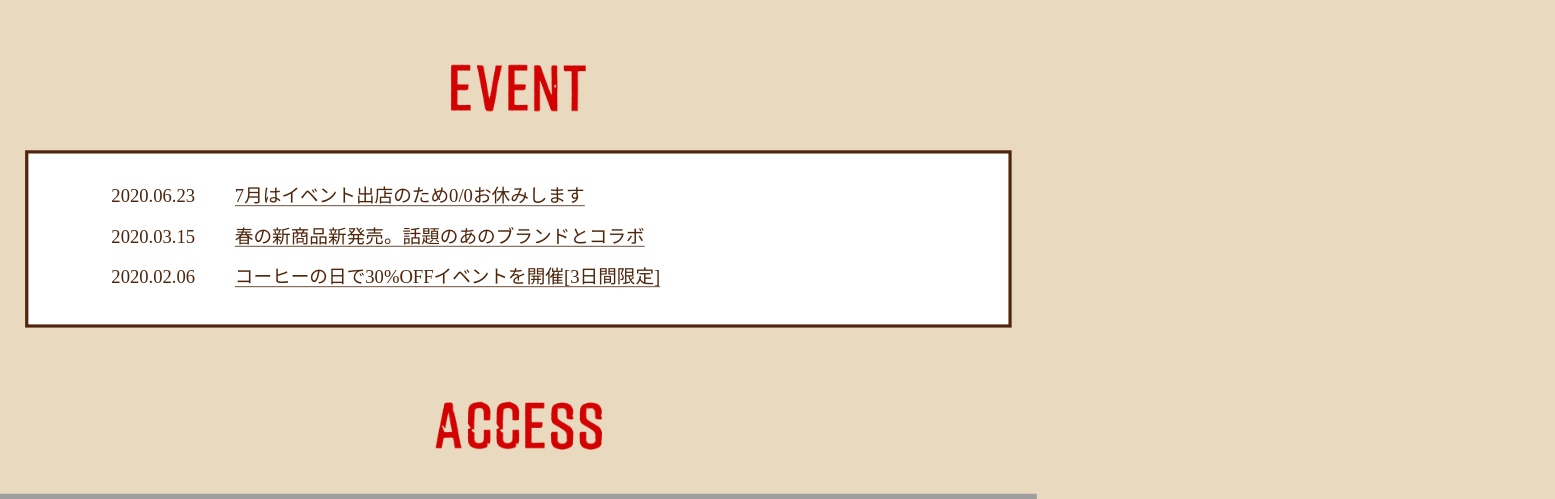
Repository: sonoyama01/dezasuta
Page: 第4回課題/index.html
These files come from the project's save history. The page is drawn as it stood at one moment and after the next save; the edit follows.
The browser window is 1280 px wide. The page is 1920 px wide, so the pictures cover 1920 px, including what lies to the right of the window. The pictures show the part of the page from y = 2640 to 3256 px (the page is 3890 px tall before and 3887 px after), at 81% of full size.
Pictures or frames that could not be fetched are drawn as grey boxes.

Above is the page before, as saved 2024-05-11 22:17:00.

### 第4回課題/index.html
<!DOCTYPE html>
<html lang="ja">

<head>
    <meta charset="UTF-8">
    <meta name="viewport" content="width=device-width, initial-scale=1.0">
    <title>Desing Cafe</title>
    <link rel="stylesheet" href="./css/style.css">
</head>

<body>
    <!-- ヘッダー -->
    <header>
        <div class="header_slide">
            <div class="mv">
                <img src="./images/pc_first-100.jpg" alt="店内の様子">
            </div>
        </div>
        <div class="header_wrap">
            <h1 class="header_logo">
                <img src="./images/design_cafe_logo_header@2x.png" alt="desind cafe">
            </h1>
            <nav class="pc_nav">
                <ul>
                    <li><a href="#about_us">ABOUT US</a></li>
                    <li><a href="#menu">MENU</a></li>
                    <li><a href="#gallery">GALLERY</a></li>
                    <li><a href="#event">EVENT</a></li>
                    <li><a href="#">ACCESS</a></li>
                </ul>
            </nav>
        </div>
    </header>
    <div class="catch_copy">
        <p class="catch_copy_ja"><span class="en">Have a happy day From a cup of coffee.</span><br>
            ハッピーに溢れる1日を<br>
            1杯のコーヒーから。</p><!-- /.catch_copy -->
        <p class="catch_copy_text">毎日を丁寧に大切に過ごしたい。だからこそ一杯一杯丁寧にコーヒーを入れ<br>
            足を運んでくれるお客さんには落ち着く空間とこだわりのコーヒーを提供したい。</p>
    </div><!-- /.catch_copy -->

    <!-- ABOUT US -->
    <section id="about_us">
        <div class="wrap">
            <div class="about_us">
                <div class="about_us_im"><img src="./images/pc_about-100.jpg" alt="about us"></div>
                <div class="about_us_text">
                    <h2><img src="./images/about_us@2x.png" alt=""></h2>
                    <p class="about_us_concept">私たちが提供する<br>
                        こだわりのコーヒー</p><!-- /.about_us_concept -->
                    <p class="about_us_texts">
                        サービスを提供する上での想いや心がけていることなど、
                        メッセージを文章で紹介します。サービスを提供する上での
                        想いや心がけていることなど、メッセージを文章で紹介します。
                        サービスを提供する上での想いや心がけていることなど、
                        メッセージを文章で紹介します。
                        サービスを提供する上での想いや心がけていることなど、
                        メッセージを文章で紹介します。
                        サービスを提供する上での想いや心がけていることなど、
                        メッセージを文章で紹介します。
                    </p><!-- /.about_us_text -->
                </div>

            </div><!-- /.about_us -->
        </div><!-- /.wrap -->
    </section><!-- /#about_us -->

    <!-- MENU -->
    <section id="menu">
        <div class="wrap">
            <h2><img src="./images/menu@2x.png" alt="menu"></h2>
            <div class="menu">
                <div class="menu_item">
                    <img src="./images/pc_menu_drink-100.jpg" alt="drink">
                    <h3>drink</h3>
                    <p class="menu_tx">ドリンクメニューの概要を100文字程度で紹介します。
                        素材やこだわりなどをアピールしていきます。</p><!-- /.menu_tx -->
                </div><!-- /.menu_item -->
                <div class="menu_item">
                    <img src="./images/pc_menu_food-100.jpg" alt="food">
                    <h3>food</h3>
                    <p class="menu_tx">フードメニューの概要を100文字程度で紹介します。
                        素材やこだわりなどをアピールしていきます。</p><!-- /.menu_tx -->
                </div><!-- /.menu_item -->
                <div class="menu_item">
                    <img src="./images/pc_menu_sweets-100.jpg" alt="sweet">
                    <h3>sweet</h3>
                    <p class="menu_tx">スイーツメニューの概要を100文字程度で紹介します。
                        素材やこだわりなどをアピールしていきます。</p><!-- /.sweet -->
                </div><!-- /.menu_item -->
            </div><!-- /.menu_fx -->
        </div><!-- /.wrap -->
    </section><!-- /#menu -->

    <!-- GALLERY -->
    <section id="gallery">
        <h2><img src="./images/gallery@2x.png" alt="gallery"></h2>
        <div class="gallery">
            <img src="./images/pc_gallary_01-100.jpg" alt="">
            <img src="./images/pc_gallary_02-100.jpg" alt="">
            <img src="./images/pc_gallary_03-100.jpg" alt="">
            <img src="./images/pc_gallary_04-100.jpg" alt="">
            <img src="./images/pc_gallary_05-100.jpg" alt="">
        </div><!-- /.gallery -->
    </section><!-- /#gallery -->

    <!-- EVENT -->
    <section id="event">
        <h2><img src="./images/event@2x.png" alt="event"></h2>
        <div class="event">
            <dl>
                <div class="event_item">
                    <dt><time datetime="2020-06-23">2020.06.23</time></dt>
                    <dd>7月はイベント出店のため0/0お休みします</dd>
                </div>
                <div class="event_item">
                    <dt><time datetime="2020-03-15">2020.03.15</time></dt>
                    <dd>春の新商品新発売。話題のあのブランドとコラボ</dd>
                </div>
                <div class="event_item">
                    <dt><time datetime="2020-02-06">2020.02.06</time></dt>
                    <dd>コーヒーの日で30&percnt;OFFイベントを開催&lbrack;3日間限定&rbrack;</dd>
                </div>
            </dl>
        </div>
    </section><!-- /#event -->

    <!-- ACCESS -->
    <section id="access">
        <h2><img src="./images/access@2x.png" alt="access"></h2>
        <div class="access_map">
            <iframe
                src="https://www.google.com/maps/embed?pb=!1m18!1m12!1m3!1d51866.86352324437!2d139.69264382094036!3d35.66028032190313!2m3!1f0!2f0!3f0!3m2!1i1024!2i768!4f13.1!3m3!1m2!1s0x60188bbd9009ec09%3A0x481a93f0d2a409dd!2z5p2x5Lqs44K_44Ov44O8!5e0!3m2!1sja!2sjp!4v1715176213624!5m2!1sja!2sjp"
                width="100%" style="border:0;" allowfullscreen="" loading="lazy"
                referrerpolicy="no-referrer-when-downgrade"></iframe>
        </div>
    </section><!-- /#access -->

    <!-- フッター -->
    <footer>
        <div class="footer_wrap">
            <img src="./images/design_cafe_logo_footer@2x.png" alt="design cafe">
            <p class="footer_text">
                OPEN 18:00 / CLOSE 24:00 <br>
                〒150-0022<br>
                東京都渋谷区東京南123デザインビルB1<br>
                MAIL&colon;info@designcafe.tokyo
            </p>
        </div>
        <small id="footer_copyright">
            &copy;2021 DESIGN CAFE
        </small>
    </footer>
</body>

</html>

### 第4回課題/css/style.css
@charset "utf-8";

/* cssリセット */

/*利用するタグによってこちらの内容は増やす*/

html,
body,
h1,
h2,
h3,
p,
dl,
dt,
dd,
ul,
li {
  margin: 0;
  padding: 0;
  line-height: 1;
  /*デフォルトの文字色、font-familyを予め当てておく*/
  color: #4f260b;
  font-family: "游明朝", YuMincho, "Hiragino Mincho ProN W3",
    "ヒラギノ明朝 ProN W3", "Hiragino Mincho ProN", "HG明朝E", "ＭＳ Ｐ明朝",
    "ＭＳ 明朝", serif;
}

a {
  /*下線を消す*/
  text-decoration: none;
  /*色を消す*/
  color: inherit;
  transition: 0.3s;
}

a:hover {
  opacity: 0.5;
}

ul {
  /*左の「・」を消す*/
  list-style: none;
}

img,iframe {
  max-width: 100%;
  vertical-align: bottom;
  border: none;
}

body {
  background-color: #e8d9bf;
  font-size: 23px;
}

/* ヘッダー */
.pc_nav ul {
  display: flex;
  gap: 55px;
}

.pc_nav ul li {
  width: 105px;
  text-align: center;
  color: #ffffff;
  font-weight: bold;
  font-size: 18px;
  font-family: YuGothic, "Yu Gothic", sans-serif, "Hiragino Sans W3",
    "Hiragino Kaku Gothic ProN", "ヒラギノ角ゴ ProN W3", "メイリオ", Meiryo,
    "ＭＳ Ｐゴシック", "MS PGothic", sans-serif;
}

.header_logo {
  width: 226px;
}

.header_wrap {
  display: flex;
  justify-content: space-between;
  align-items: center;
  padding: 0 7% 0 3%;
  position: absolute;
  top: 0;
  left: 0;
  width: 100%;
  box-sizing: border-box;
}
.mv{
  margin-bottom: 107px;
}

/* ============================
* キャッチコピー
* ========================= */
.catch_copy {
  text-align: center;
}
.en {
  display: inline-block;
  font-size: 30px;
  padding-bottom: 57px;
}
.catch_copy_ja {
  font-size: 82px;
  margin-bottom: 45px;
}
.catch_copy_text{
  margin-bottom: 99px;
}

/* ============================
* ABOUT US
* ========================= */
.about_us {
  display: flex;
  justify-content: space-between;
  margin-bottom: 108px;
}
.about_us_im {
  width: 50%;
}
.about_us_im img{
  border-bottom-right-radius: 82px;
}
#about_us h2 {
  width: 272px;
  margin-top: 68px;
  margin-bottom: 58px;
}
.about_us_concept {
  font-size: 44px;
  margin-bottom: 37px;
}
.about_us_text {
  width: 41%;
}
.about_us_texts {
  font-size: 16px;
}
.wrap {
  max-width: 1000px;
  margin: 0 auto;
  padding: 0 10px;
}

/* ============================
* MENU
* ========================= */
#menu{
  margin-bottom: 100px;
}
#menu h2 {
  width: 151px;
  margin: 0 auto 48px;
}
.menu {
  display: flex;
  justify-content: space-between;
}
.menu_item {
  width: 30%;
}
.menu_item img{
  border-top-right-radius: 42px;
}

h3 {
  font-size: 38px;
  margin-bottom: 25px;
}

.menu_tx {
  font-size: 17px;
}

/* ============================
* GALLERY
* ========================= */
#gallery{
  margin-bottom: 71px;
}
#gallery h2 {
  max-width: 1000px;
  width: 245px;
  margin: 0 auto 26px;
}
.gallery {
  display: flex;
}

/* ============================
* EVENT
* ========================= */
#event{
  margin-bottom: 80px;
}
#event h2 {
  width: 174px;
  margin: 0 auto 39px;
}
.event_item {
  display: flex;
  padding-bottom: 26px;
}

.event {
  max-width: 1000px;
  padding: 41px 8.4% 20px 8%;
  border: 4px solid #4f260b;
  margin: 0 auto;
  background-color: #fff;
}
dt{
  padding-right: 49px;
}
dd{
  border-bottom: 1px solid #4f260b;
}

/* ============================
* ACCESS
* ========================= */
#access h2 {
  width: 213px;
  margin: 0 auto 46px;
}
.access_map {
  max-width: 100%;
}
iframe{
  aspect-ratio: 1920/471;
}

/* ============================
* フッター
* ========================= */
footer{
  background-color: #fff;
}

footer img {
  width: 227px;
}
.footer_text {
  font-size: 20px;
  margin-left: 69px;
}
.footer_wrap {
  display: flex;
  margin-bottom: 77px;
  padding-top: 76px;
}
#footer_copyright {
  display: block;
  font-size: 16px;
  text-align: center;
  padding-bottom: 78px;
}

After the next save:
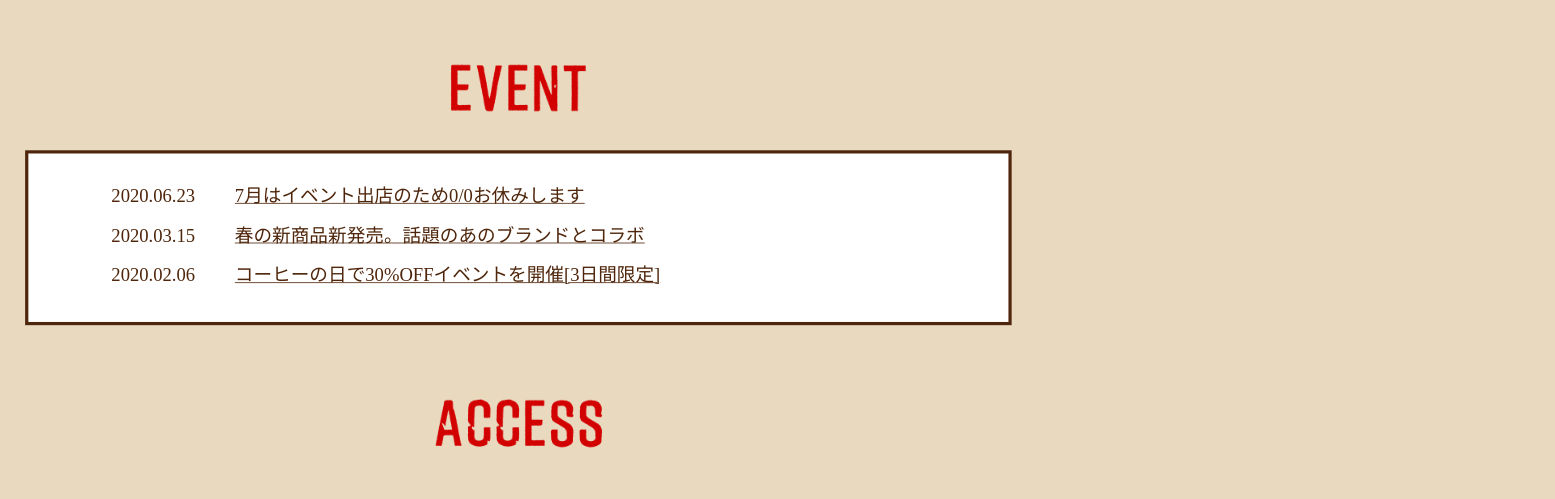
Saved 4 min 49 s later.
--- a/第4回課題/css/style.css
+++ b/第4回課題/css/style.css
@@ -214,7 +214,7 @@ dt{
   padding-right: 49px;
 }
 dd{
-  border-bottom: 1px solid #4f260b;
+  text-decoration: underline 1px solid #4f260b;
 }
 
 /* ============================
